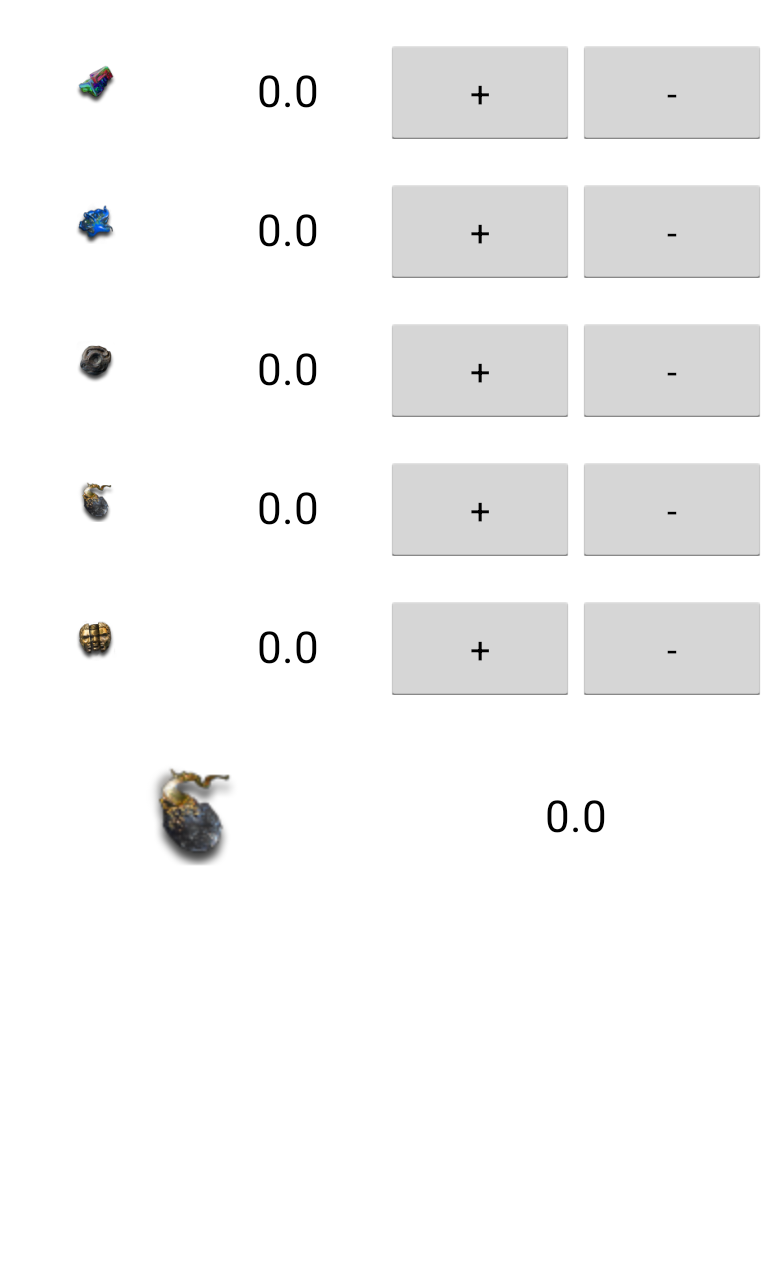
Repository: erictoddhagen/StartingAndriod
Layout: MyFirstApp/OrbTradeTracker/res/layout/activity_main.xml
An editor plug-in stored every save of this project. The layout is shown before and after the next save, followed by the edit.
It is drawn on a 768 x 1280 px phone screen (xhdpi) without system bars, with theme AppTheme; the app's code is not run.

Above is the layout before, as saved 2013-02-03 20:29:14.

After the next save:
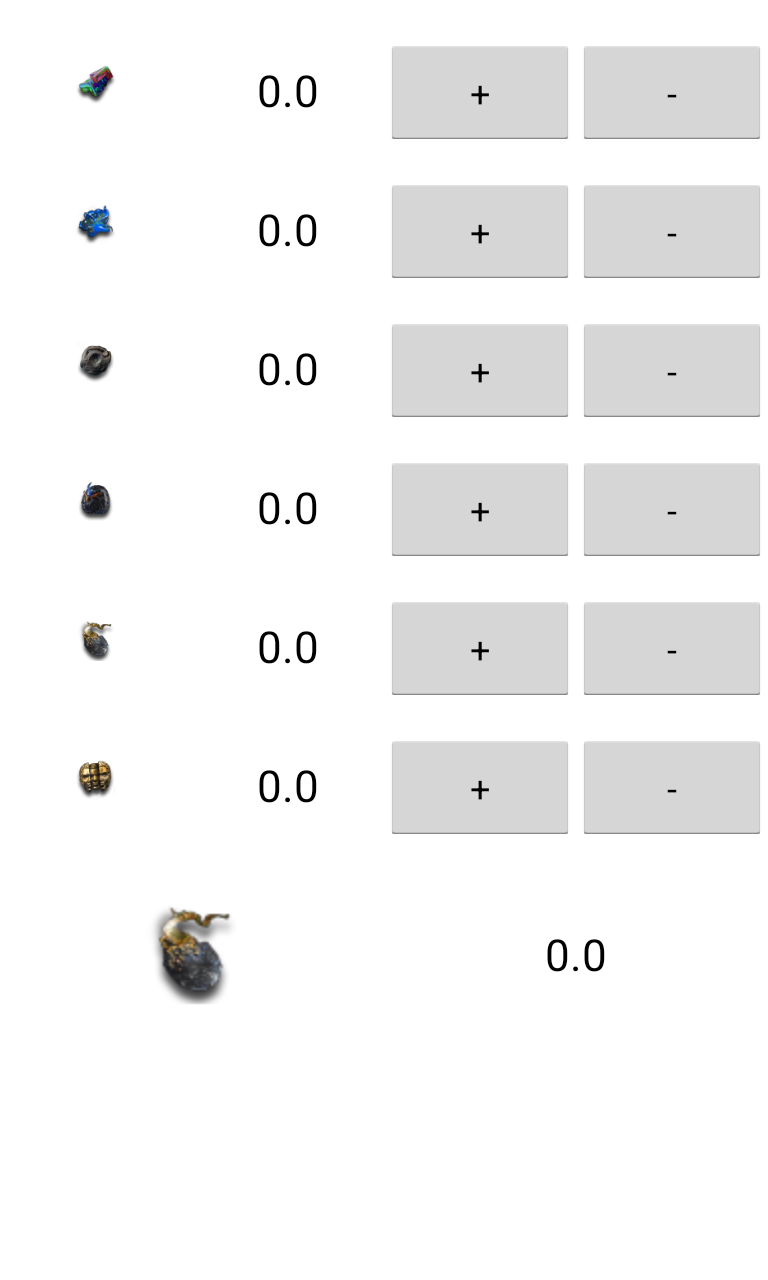
Saved 33 s later.
--- a/MyFirstApp/OrbTradeTracker/res/layout/activity_main.xml
+++ b/MyFirstApp/OrbTradeTracker/res/layout/activity_main.xml
@@ -136,6 +136,49 @@
         android:text="-" />
 </LinearLayout>
 
+    <LinearLayout android:layout_width="fill_parent"
+               android:layout_height="wrap_content"
+               android:orientation="horizontal"
+               android:layout_marginTop="15dip">
+
+      <ImageView
+        android:id="@+id/imageChance"
+        android:layout_width="fill_parent"
+        android:layout_height="fill_parent"
+        android:padding="15dip"
+        android:layout_weight="1"
+        android:gravity="center"
+        android:src="@drawable/chance" />
+
+    <TextView
+        android:id="@+id/chanceTextView"
+        android:layout_width="fill_parent"
+        android:layout_height="fill_parent"
+        android:text="0.0"
+        android:padding="15dip"
+        android:layout_weight="1"
+        android:gravity="center"
+        android:textAppearance="?android:attr/textAppearanceLarge" />
+
+    <Button
+        android:id="@+id/chanceButtonAdd"
+        android:layout_width="fill_parent"
+        android:layout_height="wrap_content"
+        android:padding="15dip"
+        android:layout_weight="1"
+        android:gravity="center"
+        android:text="+" />
+
+    <Button
+        android:id="@+id/chanceButtonSub"
+        android:layout_width="fill_parent"
+        android:layout_height="wrap_content"
+        android:padding="15dip"
+        android:layout_weight="1"
+        android:gravity="center"
+        android:text="-" />
+</LinearLayout>
+
  <LinearLayout android:layout_width="fill_parent"
                android:layout_height="wrap_content"
                android:orientation="horizontal"
